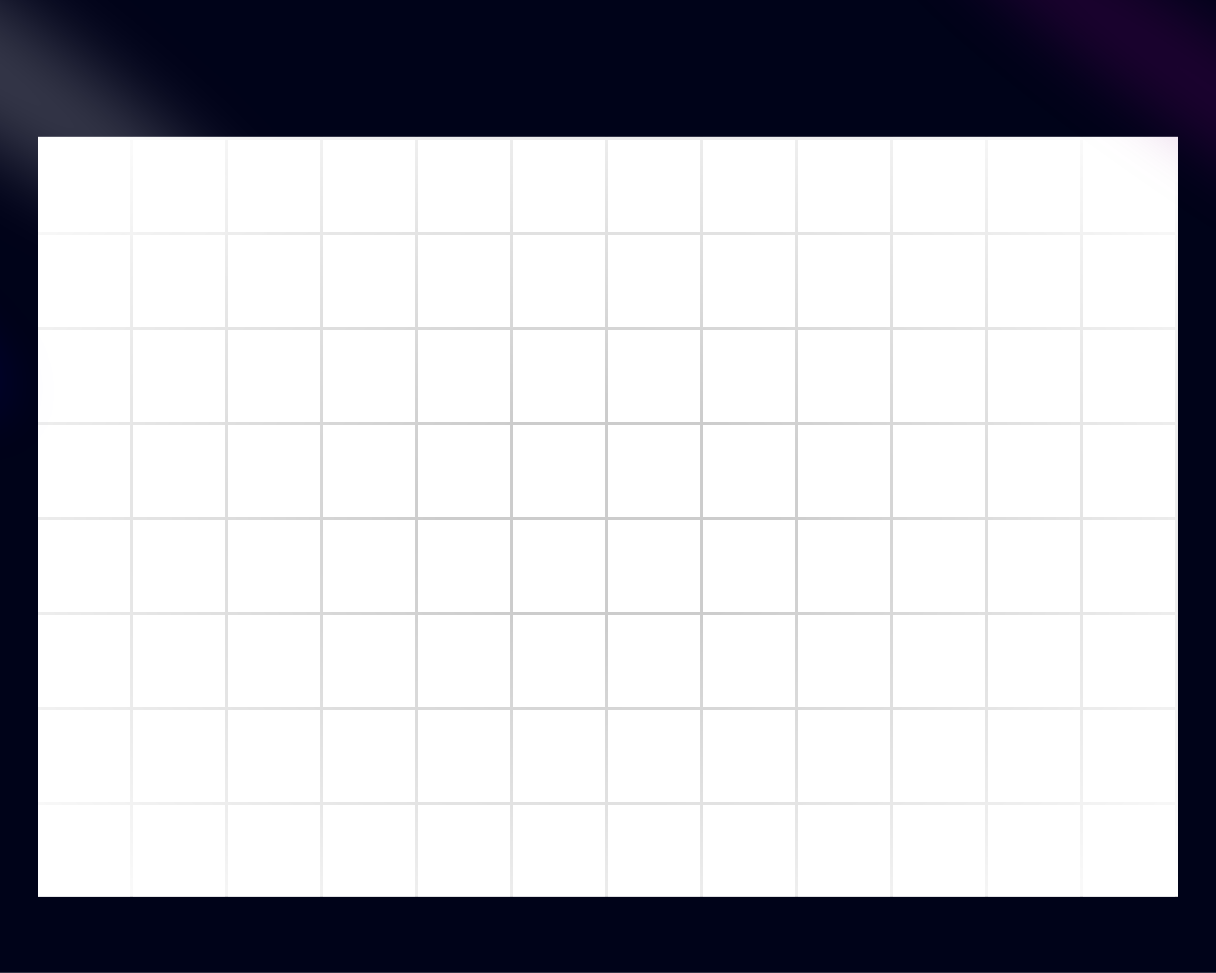
Repository: Carlito-Pedida/node1creative
Page: /
An editor plug-in stored every save of this project. The page is shown before and after the next save, followed by the edit.
The browser window is 1280 px wide. The pictures show the whole page, at 95% of full size.
The project was rebuilt for these pictures with package versions that can differ from the ones it lists, and the page was loaded fresh each time. The framework's server and built-in components were replaced by stand-ins that run in the browser. Also part of the build but not shown: next.config.mjs.

Above is the page before, as saved 2024-11-20 14:40:12.

### app/layout.tsx
import type { Metadata } from "next";
import { Inter } from "next/font/google";
import "./globals.css";

const inter = Inter({ subsets: ["latin"] });

export const metadata: Metadata = {
  title: "Node①Creative",
  description: "Node 1 Creative Business Portfolio"
};

export default function RootLayout({
  children
}: Readonly<{
  children: React.ReactNode;
}>) {
  return (
    <html lang="en">
      <body className={inter.className}>{children}</body>
    </html>
  );
}

### app/page.tsx
import Hero from "@/components/Hero";

export default function Home() {
  return (
    <main className="relative bg-black-100 flex justify-center items-center flex-col overflow-hidden mx-auto sm:px-10 px-5">
      <div className="max-1-7xl w-full">
        <Hero />
      </div>
    </main>
  );
}

### components/Hero.tsx
import React from "react";
import { Spotlight } from "./ui/Spotlight";

const Hero = () => {
  return (
    <div className="pb-20 pt-36 ">
      <div>
        <Spotlight
          className="-top-40 -left-10 md:-left-32 md:-top-20 h-screen"
          fill="white"
        />
        <Spotlight
          className="top-10 left-full h-[80vh] w-[50vw]"
          fill="purple"
        />
        <Spotlight className="-top-30 -left-80 h-[80vh] w-[50vw]" fill="blue" />
      </div>
      <div className="h-[50rem] w-full dark:bg-black bg-white  dark:bg-grid-white/[0.2] bg-grid-black/[0.2] relative flex items-center justify-center">
        {/* Radial gradient for the container to give a faded look */}
        <div className="absolute pointer-events-none inset-0 flex items-center justify-center dark:bg-black bg-white [mask-image:radial-gradient(ellipse_at_center,transparent_20%,black)]" />
      </div>
    </div>
  );
};

export default Hero;

### components/ui/Spotlight.tsx
import React from "react";
import { cn } from "@/lib/utils";

type SpotlightProps = {
  className?: string;
  fill?: string;
};

export const Spotlight = ({ className, fill }: SpotlightProps) => {
  return (
    <svg
      className={cn(
        "animate-spotlight pointer-events-none absolute z-[1]  h-[169%] w-[138%] lg:w-[84%] opacity-0",
        className
      )}
      xmlns="http://www.w3.org/2000/svg"
      viewBox="0 0 3787 2842"
      fill="none"
    >
      <g filter="url(#filter)">
        <ellipse
          cx="1924.71"
          cy="273.501"
          rx="1924.71"
          ry="273.501"
          transform="matrix(-0.822377 -0.568943 -0.568943 0.822377 3631.88 2291.09)"
          fill={fill || "white"}
          fillOpacity="0.21"
        ></ellipse>
      </g>
      <defs>
        <filter
          id="filter"
          x="0.860352"
          y="0.838989"
          width="3785.16"
          height="2840.26"
          filterUnits="userSpaceOnUse"
          colorInterpolationFilters="sRGB"
        >
          <feFlood floodOpacity="0" result="BackgroundImageFix"></feFlood>
          <feBlend
            mode="normal"
            in="SourceGraphic"
            in2="BackgroundImageFix"
            result="shape"
          ></feBlend>
          <feGaussianBlur
            stdDeviation="151"
            result="effect1_foregroundBlur_1065_8"
          ></feGaussianBlur>
        </filter>
      </defs>
    </svg>
  );
};

### tailwind.config.ts
import type { Config } from "tailwindcss";

const svgToDataUri = require("mini-svg-data-uri");

const colors = require("tailwindcss/colors");
const {
  default: flattenColorPalette
} = require("tailwindcss/lib/util/flattenColorPalette");

const config = {
  darkMode: ["class"],
  content: [
    "./pages/**/*.{ts,tsx}",
    "./components/**/*.{ts,tsx}",
    "./app/**/*.{ts,tsx}",
    "./src/**/*.{ts,tsx}",
    "./data/**/*.{ts,tsx}"
  ],
  prefix: "",
  theme: {
    container: {
      center: true,
      padding: "2rem",
      screens: {
        "2xl": "1400px"
      }
    },
    extend: {
      colors: {
        black: {
          DEFAULT: "#000",
          100: "#000319",
          200: "rgba(17, 25, 40, 0.75)",
          300: "rgba(255, 255, 255, 0.125)"
        },
        white: {
          DEFAULT: "#FFF",
          100: "#BEC1DD",
          200: "#C1C2D3"
        },
        blue: {
          "100": "#E4ECFF"
        },
        purple: "#CBACF9",
        border: "hsl(var(--border))",
        input: "hsl(var(--input))",
        ring: "hsl(var(--ring))",
        background: "hsl(var(--background))",
        foreground: "hsl(var(--foreground))",
        primary: {
          DEFAULT: "hsl(var(--primary))",
          foreground: "hsl(var(--primary-foreground))"
        },
        secondary: {
          DEFAULT: "hsl(var(--secondary))",
          foreground: "hsl(var(--secondary-foreground))"
        },
        destructive: {
          DEFAULT: "hsl(var(--destructive))",
          foreground: "hsl(var(--destructive-foreground))"
        },
        muted: {
          DEFAULT: "hsl(var(--muted))",
          foreground: "hsl(var(--muted-foreground))"
        },
        accent: {
          DEFAULT: "hsl(var(--accent))",
          foreground: "hsl(var(--accent-foreground))"
        },
        popover: {
          DEFAULT: "hsl(var(--popover))",
          foreground: "hsl(var(--popover-foreground))"
        },
        card: {
          DEFAULT: "hsl(var(--card))",
          foreground: "hsl(var(--card-foreground))"
        }
      },
      borderRadius: {
        lg: "var(--radius)",
        md: "calc(var(--radius) - 2px)",
        sm: "calc(var(--radius) - 4px)"
      },
      keyframes: {
        "accordion-down": {
          from: { height: "0" },
          to: { height: "var(--radix-accordion-content-height)" }
        },
        "accordion-up": {
          from: { height: "var(--radix-accordion-content-height)" },
          to: { height: "0" }
        },
        spotlight: {
          "0%": {
            opacity: "0",
            transform: "translate(-72%, -62%) scale(0.5)"
          },
          "100%": {
            opacity: "1",
            transform: "translate(-50%,-40%) scale(1)"
          }
        },
        shimmer: {
          from: {
            backgroundPosition: "0 0"
          },
          to: {
            backgroundPosition: "-200% 0"
          }
        },
        moveHorizontal: {
          "0%": {
            transform: "translateX(-50%) translateY(-10%)"
          },
          "50%": {
            transform: "translateX(50%) translateY(10%)"
          },
          "100%": {
            transform: "translateX(-50%) translateY(-10%)"
          }
        },
        moveInCircle: {
          "0%": {
            transform: "rotate(0deg)"
          },
          "50%": {
            transform: "rotate(180deg)"
          },
          "100%": {
            transform: "rotate(360deg)"
          }
        },
        moveVertical: {
          "0%": {
            transform: "translateY(-50%)"
          },
          "50%": {
            transform: "translateY(50%)"
          },
          "100%": {
            transform: "translateY(-50%)"
          }
        },
        scroll: {
          to: {
            transform: "translate(calc(-50% - 0.5rem))"
          }
        }
      },
      animation: {
        "accordion-down": "accordion-down 0.2s ease-out",
        "accordion-up": "accordion-up 0.2s ease-out",
        spotlight: "spotlight 2s ease .75s 1 forwards",
        shimmer: "shimmer 2s linear infinite",
        first: "moveVertical 30s ease infinite",
        second: "moveInCircle 20s reverse infinite",
        third: "moveInCircle 40s linear infinite",
        fourth: "moveHorizontal 40s ease infinite",
        fifth: "moveInCircle 20s ease infinite",
        scroll:
          "scroll var(--animation-duration, 40s) var(--animation-direction, forwards) linear infinite"
      }
    }
  },
  plugins: [
    require("tailwindcss-animate"),
    addVariablesForColors,
    function ({ matchUtilities, theme }: any) {
      matchUtilities(
        {
          "bg-grid": (value: any) => ({
            backgroundImage: `url("${svgToDataUri(
              `<svg xmlns="http://www.w3.org/2000/svg" viewBox="0 0 32 32" width="100" height="100" fill="none" stroke="${value}"><path d="M0 .5H31.5V32"/></svg>`
            )}")`
          }),
          "bg-grid-small": (value: any) => ({
            backgroundImage: `url("${svgToDataUri(
              `<svg xmlns="http://www.w3.org/2000/svg" viewBox="0 0 32 32" width="8" height="8" fill="none" stroke="${value}"><path d="M0 .5H31.5V32"/></svg>`
            )}")`
          }),
          "bg-dot": (value: any) => ({
            backgroundImage: `url("${svgToDataUri(
              `<svg xmlns="http://www.w3.org/2000/svg" viewBox="0 0 32 32" width="16" height="16" fill="none"><circle fill="${value}" id="pattern-circle" cx="10" cy="10" r="1.6257413380501518"></circle></svg>`
            )}")`
          })
        },
        { values: flattenColorPalette(theme("backgroundColor")), type: "color" }
      );
    }
  ]
} satisfies Config;

function addVariablesForColors({ addBase, theme }: any) {
  let allColors = flattenColorPalette(theme("colors"));
  let newVars = Object.fromEntries(
    Object.entries(allColors).map(([key, val]) => [`--${key}`, val])
  );

  addBase({
    ":root": newVars
  });
}

export default config;

Loaded but not shown: app/globals.css (common file); lib/utils.ts (common file)

After the next save:
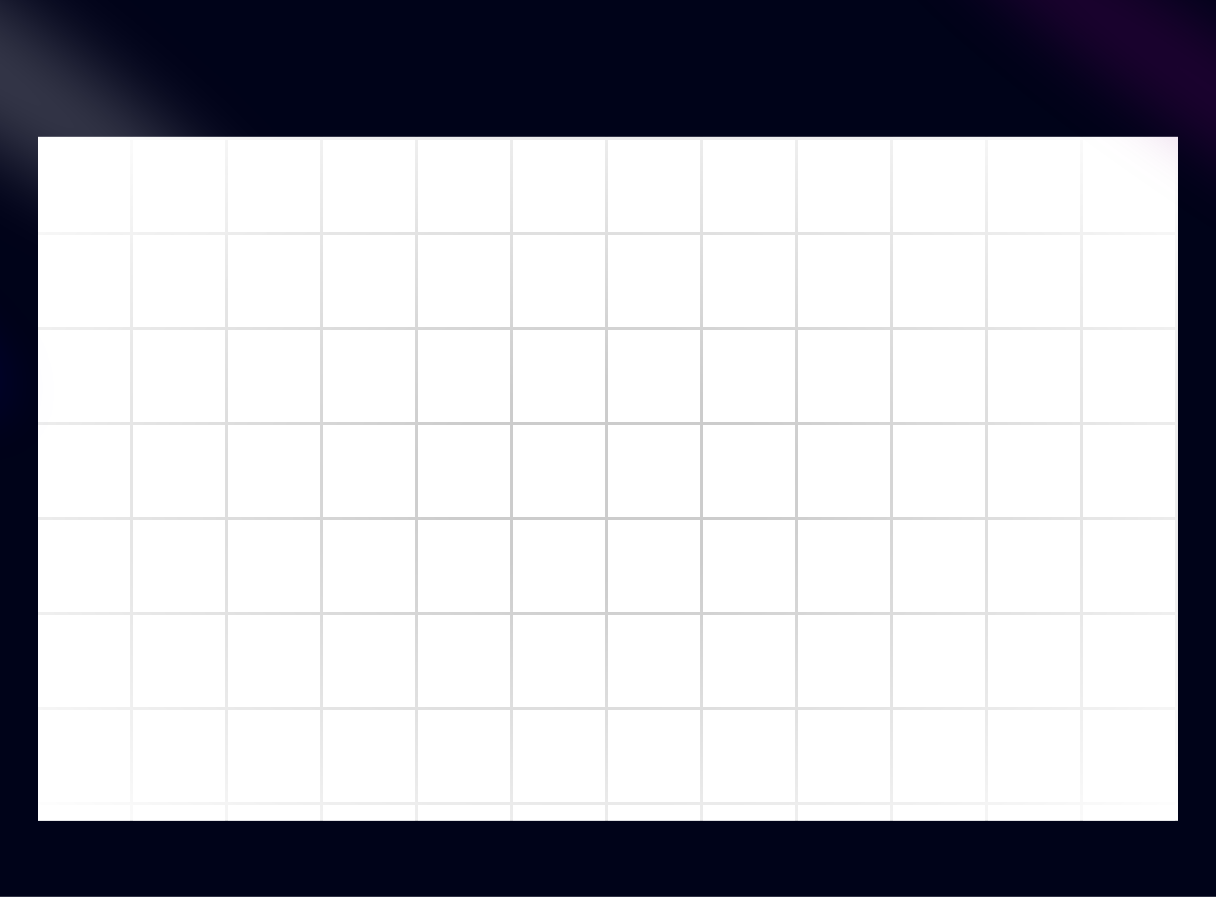
Saved 2 min 21 s later.
--- a/components/Hero.tsx
+++ b/components/Hero.tsx
@@ -15,9 +15,9 @@
         />
         <Spotlight className="-top-30 -left-80 h-[80vh] w-[50vw]" fill="blue" />
       </div>
-      <div className="h-[50rem] w-full dark:bg-black bg-white  dark:bg-grid-white/[0.2] bg-grid-black/[0.2] relative flex items-center justify-center">
+      <div className="h-screen w-full dark:bg-black-100 bg-white  dark:bg-grid-white/[0.3] bg-grid-black/[0.2] relative flex items-center justify-center">
         {/* Radial gradient for the container to give a faded look */}
-        <div className="absolute pointer-events-none inset-0 flex items-center justify-center dark:bg-black bg-white [mask-image:radial-gradient(ellipse_at_center,transparent_20%,black)]" />
+        <div className="absolute pointer-events-none inset-0 flex items-center justify-center dark:bg-black-100 bg-white [mask-image:radial-gradient(ellipse_at_center,transparent_20%,black)]" />
       </div>
     </div>
   );
